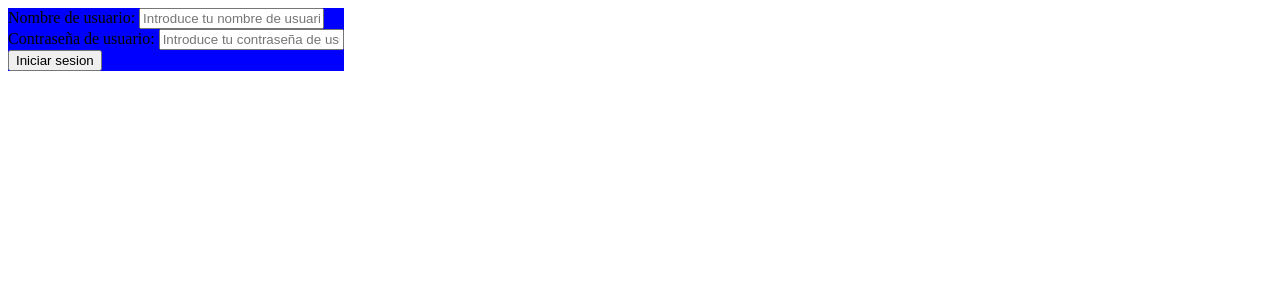
Repository: angegon/Developing-Applications-for-the-Java-EE-Platform
Page: javaee/08_ejemplo_fordward_login/WebContent/login.html
These files come from the project's save history. The page is drawn as it stood at one moment and after the next save; the edit follows.
The browser window is 1280 px wide. The pictures show the whole page.

Above is the page before, as saved 2016-12-21 15:54:23.

### javaee/08_ejemplo_fordward_login/WebContent/login.html
<!DOCTYPE html>
<html>
<head>
<meta charset="ISO-8859-1">
<title>Insert title here</title>
</head>
<body>

<form action="comprobarPassword" method="post">
<div style="float:left; background-color: blue">
	Nombre de usuario: <input type="text" name="usuario" placeholder="Introduce tu nombre de usuario"/>
	</br>
	Contraseña de usuario: <input type="password" name="password" placeholder="Introduce tu contraseña de usuario"/>
	</br>
	<input type="submit" value="Iniciar sesion"/>
</div>

</form>
</body>
</html>

After the next save:
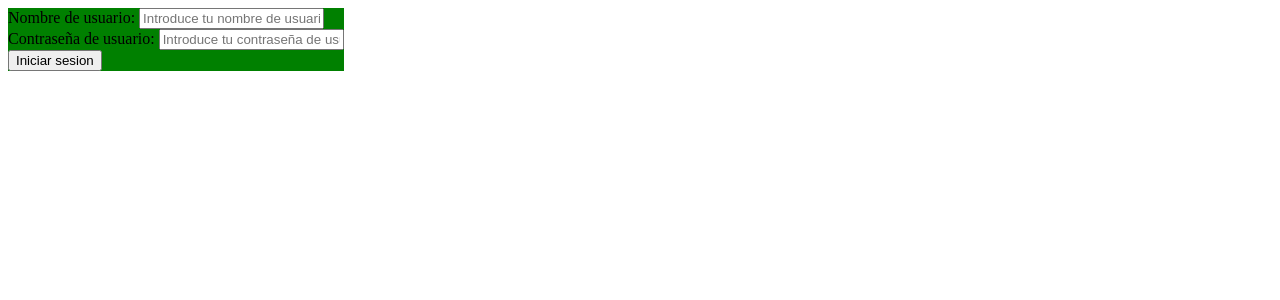
Saved 16 s later.
--- a/javaee/08_ejemplo_fordward_login/WebContent/login.html
+++ b/javaee/08_ejemplo_fordward_login/WebContent/login.html
@@ -7,7 +7,7 @@
 <body>
 
 <form action="comprobarPassword" method="post">
-<div style="float:left; background-color: blue">
+<div style="float:left; background-color: green">
 	Nombre de usuario: <input type="text" name="usuario" placeholder="Introduce tu nombre de usuario"/>
 	</br>
 	Contraseña de usuario: <input type="password" name="password" placeholder="Introduce tu contraseña de usuario"/>
